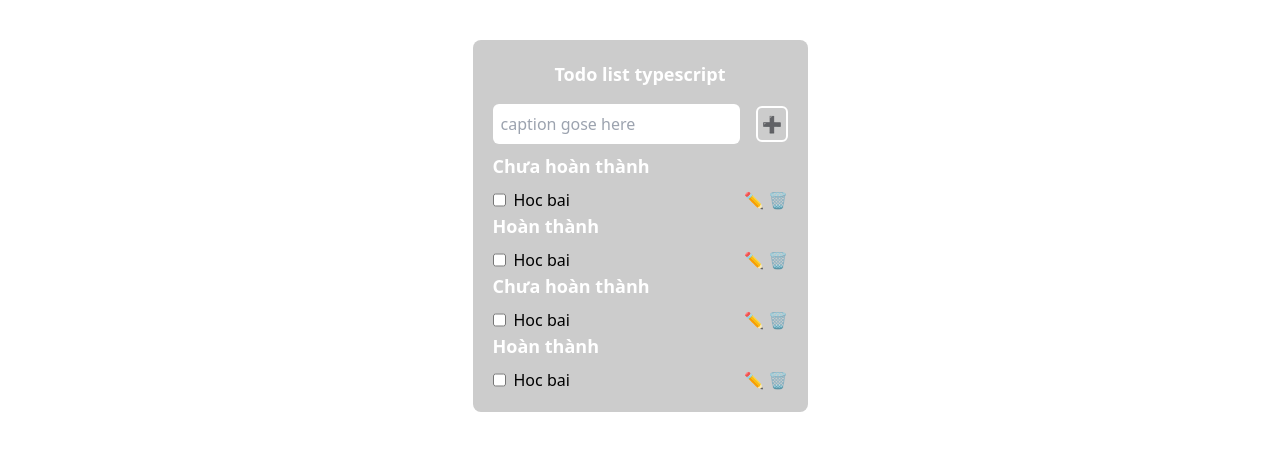
Repository: VIET-TU/react-super-main
Page: / (app in todolist-mybuild/)
The author's editor kept a copy of each file at every save. The page is drawn from the files as they stood at one save, then again after the next save.
The browser window is 1280 px wide. The pictures show the whole page.
The project was rebuilt for these pictures with package versions that can differ from the ones it lists, and the page was loaded fresh each time. Also part of the build but not shown: todolist-mybuild/vite.config.ts.

Above is the page before, as saved 2023-05-16 07:06:16.

After the next save:
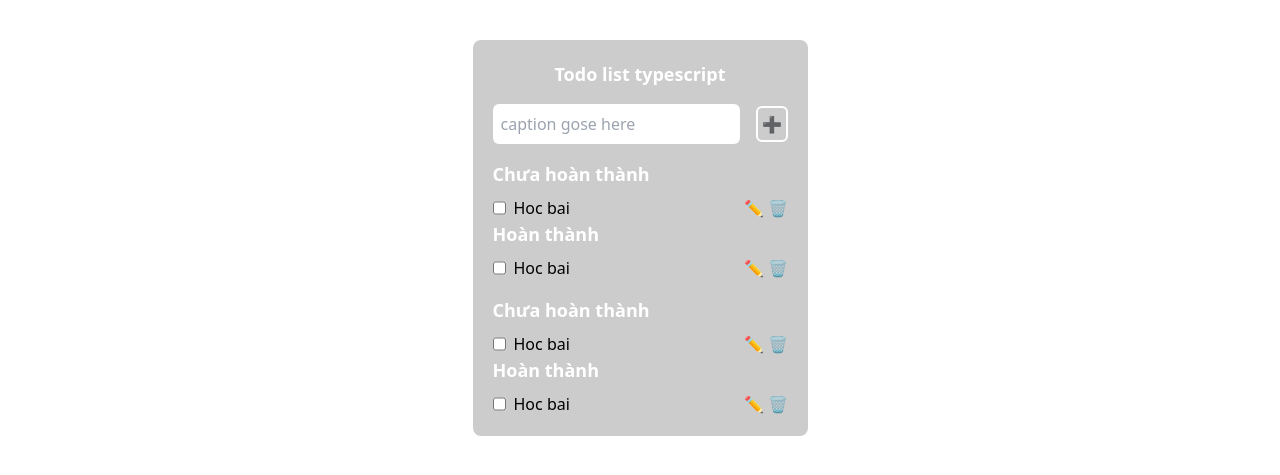
Saved 11 s later.
--- a/todolist-mybuild/src/components/TaskList/TaskList.tsx
+++ b/todolist-mybuild/src/components/TaskList/TaskList.tsx
@@ -3,7 +3,7 @@ import React from 'react'
 const TaskList = () => {
   return (
     <div>
-      <div className='unfinish'>
+      <div className='mt-4 unfinish'>
         <h2 className='mb-2 text-lg font-bold text-white text-[20px]'>Chưa hoàn thành</h2>
         <div className='tasks '>
           <div className='flex justify-between task'>
